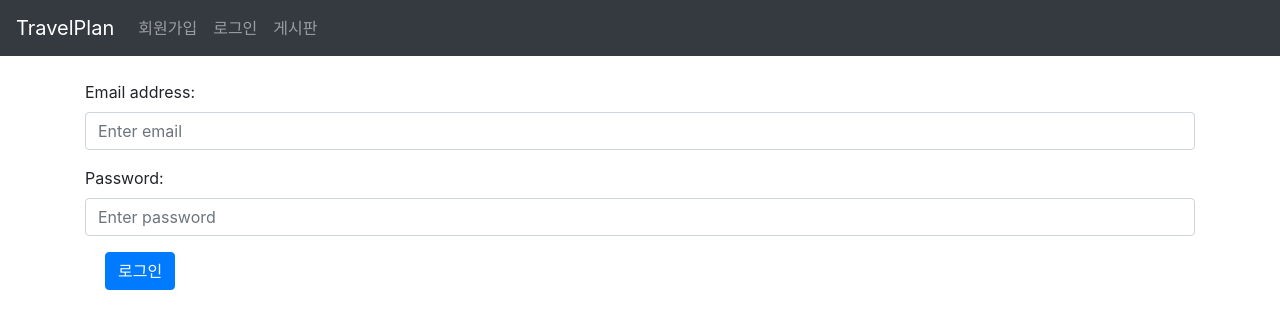
Repository: sna145815/Travel_v1
Page: http://localhost/Travel_v1/login
The author's editor kept a copy of each file at every save. The page is drawn from the files as they stood at one save, then again after the next save.
The browser window is 1280 px wide. The pictures show the whole page.
The page is served by Tomcat 9. Other server files are loaded and not shown.

Above is the page before, as saved 2022-10-24 15:13:16.

### Travel_v1/src/main/webapp/WEB-INF/view/loginpage.jsp
<%@ page language="java" contentType="text/html; charset=UTF-8"
    pageEncoding="UTF-8"%>

<%@ include file="/layout/header.jsp" %>

<div class=container>
<form action="/login" method="post">
  <div class="form-group">
    <label for="email">Email address:</label>
    <input type="email" class="form-control" placeholder="Enter email" id="email">
  </div>
  <div class="form-group">
    <label for="pwd">Password:</label>
    <input type="password" class="form-control" placeholder="Enter password" id="pwd">
  </div>
  <div class="form-group form-check">

     <button type="submit" class="btn btn-primary">로그인</button>

  </div>

</form>
</div>

</body>
</html>

### Travel_v1/src/main/webapp/layout/header.jsp
<%@ page language="java" contentType="text/html; charset=UTF-8"
    pageEncoding="UTF-8"%>
<!DOCTYPE html>

<head>
  <title>TravelPlan</title>
  <meta charset="utf-8">
  <meta name="viewport" content="width=device-width, initial-scale=1">
  <link rel="stylesheet" href="https://cdn.jsdelivr.net/npm/bootstrap@4.6.1/dist/css/bootstrap.min.css">
  <script src="https://cdn.jsdelivr.net/npm/jquery@3.6.0/dist/jquery.slim.min.js"></script>
  <script src="https://cdn.jsdelivr.net/npm/popper.js@1.16.1/dist/umd/popper.min.js"></script>
  <script src="https://cdn.jsdelivr.net/npm/bootstrap@4.6.1/dist/js/bootstrap.bundle.min.js"></script>
</head>
<body>

<nav class="navbar navbar-expand-md bg-dark navbar-dark">
  <a class="navbar-brand" href="#">TravelPlan</a>
  <button class="navbar-toggler" type="button" data-toggle="collapse" data-target="#collapsibleNavbar">
    <span class="navbar-toggler-icon"></span>
  </button>
  <div class="collapse navbar-collapse" id="collapsibleNavbar">
    <ul class="navbar-nav">
      <li class="nav-item">
        <a class="nav-link" href="#">회원가입</a>
      </li>
      <li class="nav-item">
        <a class="nav-link" href="#">로그인</a>
      </li>
      <li class="nav-item">
        <a class="nav-link" href="#">게시판</a>
      </li>
    </ul>
  </div>
</nav>
<br>

### Travel_v1/src/main/java/controller/logincontroller.java
package controller;

import java.io.IOException;

import javax.servlet.RequestDispatcher;
import javax.servlet.ServletException;
import javax.servlet.annotation.WebServlet;
import javax.servlet.http.HttpServlet;
import javax.servlet.http.HttpServletRequest;
import javax.servlet.http.HttpServletResponse;
import javax.servlet.http.HttpSession;

import model.usermodel;
import service.userservice;



@WebServlet("/login")
public class logincontroller extends HttpServlet {
	private static final long serialVersionUID = 1L;


    public logincontroller() {

    }


	protected void doGet(HttpServletRequest request, HttpServletResponse response) throws ServletException, IOException {
		RequestDispatcher rq = request.getRequestDispatcher("WEB-INF/view/loginpage.jsp");
	    rq.forward(request, response);
	}


	protected void doPost(HttpServletRequest request, HttpServletResponse response) throws ServletException, IOException {
		String id=request.getParameter("id");
		String pwd=request.getParameter("pwd");

		usermodel model=new usermodel();
		model.setId(id);
		model.setPwd(pwd);

		HttpSession session = request.getSession();
		session.setAttribute("id", id);

		userservice dao = new userservice();
		int result=dao.findbyuserid(model);

		if(result==1)
		{
			RequestDispatcher rq = request.getRequestDispatcher("WEB-INF/view/mainpage.jsp");
		    rq.forward(request, response);
		}
		else
		{
			RequestDispatcher rq = request.getRequestDispatcher("WEB-INF/view/loginpage.jsp");
		    rq.forward(request, response);
		}


	}

}

After the next save:
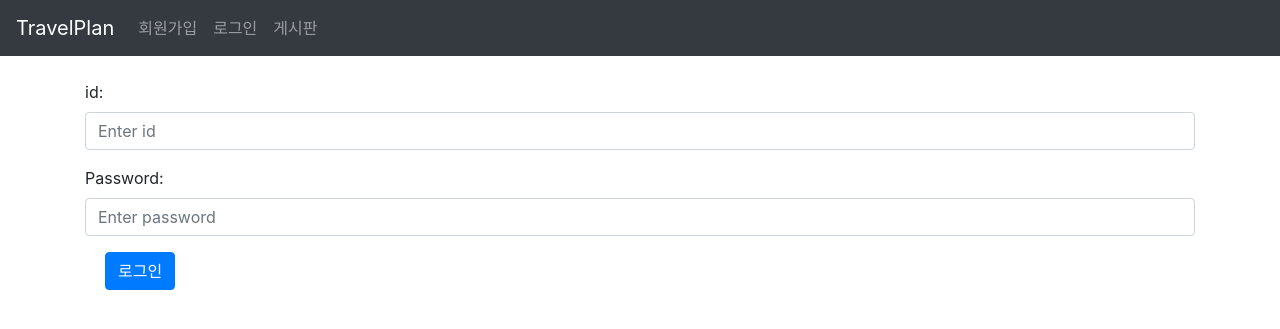
Saved 114 s later.
--- a/Travel_v1/src/main/webapp/WEB-INF/view/loginpage.jsp
+++ b/Travel_v1/src/main/webapp/WEB-INF/view/loginpage.jsp
@@ -6,8 +6,8 @@
 <div class=container>
 <form action="/login" method="post">
   <div class="form-group">
-    <label for="email">Email address:</label>
-    <input type="email" class="form-control" placeholder="Enter email" id="email">
+    <label for="id">id:</label>
+    <input type="text" class="form-control" placeholder="Enter id" id="id">
   </div>
   <div class="form-group">
     <label for="pwd">Password:</label>
